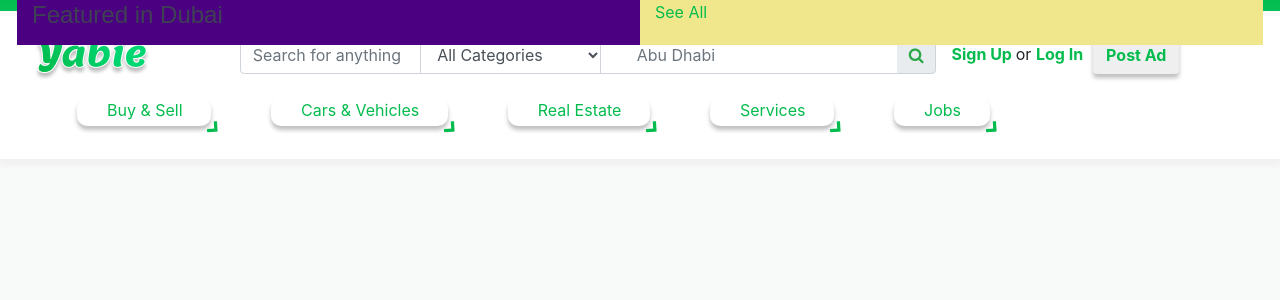
Repository: muazzamkha95/yabie
Page: homepage.html
The author's editor kept a copy of each file at every save. The page is drawn from the files as they stood at one save, then again after the next save.
The browser window is 1280 px wide. The pictures show the whole page.

Above is the page before, as saved 2020-07-03 23:44:23.
Console error: TypeError: Cannot read properties of undefined (reading 'fn')

After the next save:
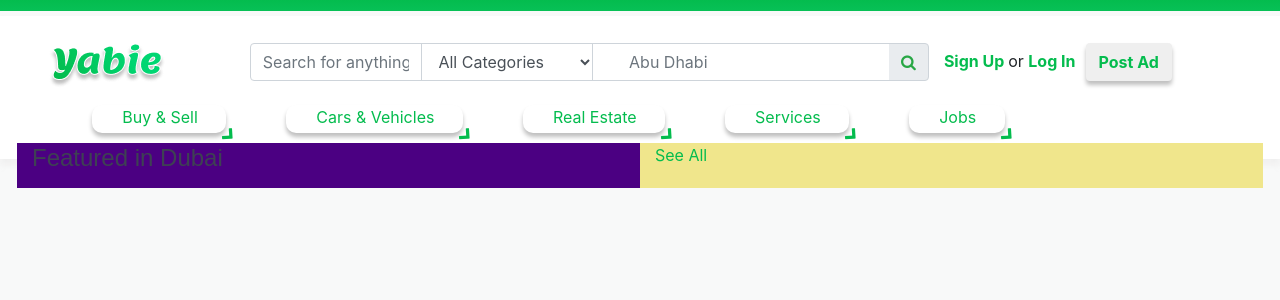
Saved 34 s later.
--- a/homepage.html
+++ b/homepage.html
@@ -12,7 +12,7 @@
 </head>
 <body>
         <div class="topBar"></div>
-        <nav>
+        <nav class="navbar">
             <div class="maincontainer">
                 <div class="row">
                         <div class="col-md-2">
